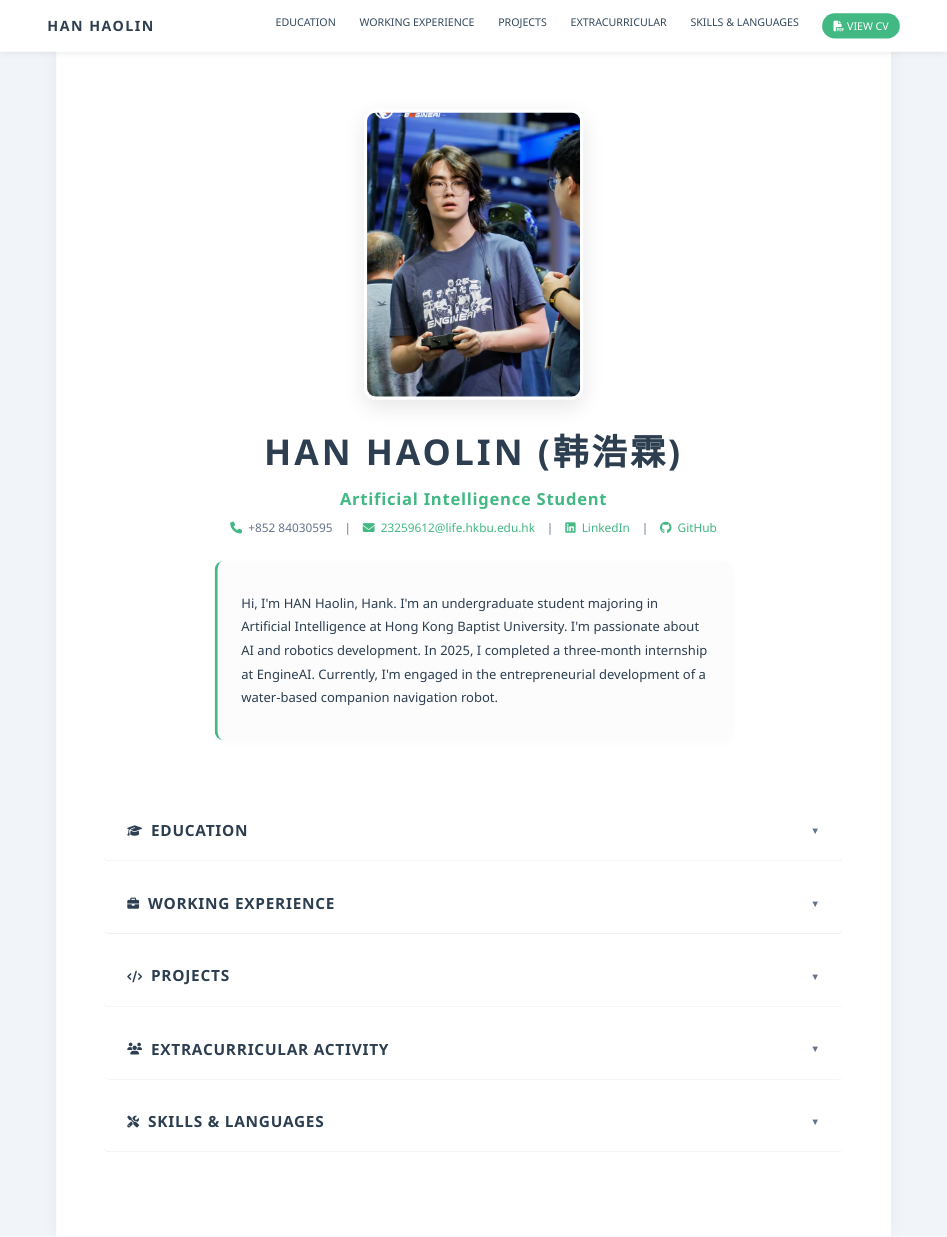
Repository: hhl2802149944-afk/hhl2802149944-afk.github.io
Page: /
These files come from the project's save history. The page is drawn as it stood at one moment and after the next save; the edit follows.
The browser window is 1280 px wide. The pictures show the whole page, at 74% of full size.
The project was rebuilt for these pictures with package versions that can differ from the ones it lists, and the page was loaded fresh each time. Also part of the build but not shown: vite.config.js, src/components/ProjectCard.vue, src/views/MantaRoboticView.vue.

Above is the page before, as saved 2026-01-21 15:39:22.

### index.html
<!DOCTYPE html>
<html lang="en">
  <head>
    <meta charset="UTF-8">
    <link rel="icon" href="/favicon.ico">
    <meta name="viewport" content="width=device-width, initial-scale=1.0">
    <title>Han Haolin - Resume</title>
  </head>
  <body>
    <div id="app"></div>
    <script type="module" src="/src/main.js"></script>
  </body>
</html>

### src/main.js
import { createApp } from 'vue'
import App from './App.vue'
import router from './router'
import './assets/main.css'
import '@fortawesome/fontawesome-free/css/all.css'

const app = createApp(App)

app.use(router)

app.mount('#app')

### src/App.vue
<script setup>
import { RouterView } from 'vue-router'
</script>

<template>
  <RouterView />
</template>

<style>
/* Global styles can go here */
</style>

### src/router/index.js
import { createRouter, createWebHistory } from 'vue-router'
import HomeView from '../views/HomeView.vue'
import MantaRoboticView from '../views/MantaRoboticView.vue'

const router = createRouter({
  history: createWebHistory(import.meta.env.BASE_URL),
  routes: [
    {
      path: '/',
      name: 'home',
      component: HomeView
    },
    {
      path: '/manta-robotic',
      name: 'manta-robotic',
      component: MantaRoboticView
    }
  ]
})

export default router

### src/assets/main.css
:root {
  --primary-color: #2c3e50;
  --secondary-color: #34495e;
  --accent-color: #42b883;
  --text-color: #2c3e50;
  --light-text: #64748b;
  --bg-color: #f1f5f9;
  --card-bg: #ffffff;
  --border-color: #e2e8f0;
}

body {
  margin: 0;
  font-family: 'Segoe UI', Roboto, Helvetica, Arial, sans-serif;
  background-color: var(--bg-color);
  color: var(--text-color);
  line-height: 1.6;
}

#app {
  max-width: 1000px;
  margin: 0 auto;
  min-height: 100vh;
  background-color: white;
  box-shadow: 0 0 20px rgba(0,0,0,0.05);
  padding: 3rem 4rem;
}

h1, h2, h3, h4 {
  color: var(--primary-color);
  margin-top: 0;
}

a {
  color: var(--accent-color);
  text-decoration: none;
  transition: color 0.2s;
}

a:hover {
  color: var(--secondary-color);
  text-decoration: underline;
}

@media (max-width: 768px) {
  #app {
    padding: 2rem;
  }
}

@media (max-width: 480px) {
  #app {
    padding: 1rem;
  }
}

### src/views/HomeView.vue
<script setup>
import NavBar from '../components/NavBar.vue'
import ResumeHeader from '../components/ResumeHeader.vue'
import ResumeSection from '../components/ResumeSection.vue'
import ProjectCard from '../components/ProjectCard.vue'

const resumeData = {
  name: "Han Haolin (韩浩霖)",
  title: "Artificial Intelligence Student",
  summary: "Hi, I'm HAN Haolin, Hank. I'm an undergraduate student majoring in Artificial Intelligence at Hong Kong Baptist University. I'm passionate about AI and robotics development. In 2025, I completed a three-month internship at EngineAI. Currently, I'm engaged in the entrepreneurial development of a water-based companion navigation robot.",
  contact: {
    phone: "+852 84030595",
    email: "23259612@life.hkbu.edu.hk",
    linkedin: "https://linkedin.com/in/HaolinHAN",
    github: "https://github.com/hhl2802149944-afk"
  },
  education: {
    school: "Hong Kong Baptist University",
    major: "Artificial Intelligence",
    gpa: "3.01/4",
    courses: ["Artificial Intelligence and Machine Learning", "Software Engineering", "Data Communications and Networking"]
  },
  experience: [
    {
      name: "EngineAI Robotics Technology Co., Ltd.",
      date: "May - Aug 2025",
      role: "Robot Embedded Software Intern",
      details: [
        "Learning robot embedded software development based on the Ubuntu system, conducting factory testing of products and developing with the Intel RealSense D435i.",
        "Participate in world-class artificial intelligence exhibitions such as Macau EXPO and WRC, showcasing company products while conducting market research and sales activities"
      ]
    },
    {
      name: "Student Helper for Computer Science",
      date: "Nov - Dec 2024",
      role: "Hong Kong Baptist University",
      details: [
        "Facilitated weekly Python programming labs under professor supervision.",
        "Providing hands-on coding guidance to 30+ undergraduate students."
      ]
    }
  ],
  projects: [
    {
      name: "Internship Management System Documentation",
      date: "Oct 2025 - Dec 2025",
      role: "Software Engineering Project",
      details: [
        "Proposal for Enhancements and Testing Plan for the Internship System.",
        "Total: 105 pages, 13,377 words."
      ]
    },
    {
      name: "Online Multiplayer Drawing and Chat Platform",
      date: "2025",
      role: "Full-Stack Developer",
      details: [
        "Designed and implemented a real-time multiplayer drawing and chat system.",
        "Full-Stack Design for a Library Management Website."
      ]
    },
    {
      name: "Java Game Development Portfolio",
      date: "2024",
      role: "Game Programmer",
      details: [
        "Successfully developed three classic games: Labyrinth, Tetris, and Modern Art.",
        "Designed and developed an original computer game as an independent project."
      ]
    },
    {
      name: "Soccer Recognition AI System",
      date: "2025",
      role: "AI Developer",
      details: [
        "Developed an autonomous model for identifying and tracking players and the ball in soccer footage.",
        "Implemented computer vision algorithms to process real-time sports video data."
      ]
    }
  ],
  extracurricular: [
    {
      name: "Internal Vice President",
      date: "Apr 2024 - Apr 2025",
      role: "HKBU Chinese Students and Scholars Association",
      details: [
        "Communicated with executive board members, organized team building, and improved cohesion.",
        "Organised a two-week orientation programme for 300 new mainland students.",
        "Managed a total of 13 events during the year."
      ]
    },
    {
      name: "ROBOCON 2025，HKBU",
      date: "Dec 2024 - Jan 2025",
      role: "Mechanical Design and Programming Engineer",
      details: [
        "Mechanical designer for the HKBU team in the 2025 Robocon robotics competition.",
        "Assisted with site identification and programming of AI autonomous task modules."
      ]
    }
  ],
  skills: {
    programming: ["Python", "Java", "Javascript", "HTML", "Markdown"],
    ai_tech: ["CNN", "RNN", "GAN", "Ubuntu"],
    publicity: ["Canva", "WeChat Public", "Capcut"]
  },
  languages: [
    { name: "Mandarin", level: "Native" },
    { name: "English", level: "Fluent" },
    { name: "Cantonese", level: "Basic" }
  ]
}
</script>

<template>
  <NavBar />
  <main class="resume-container">
    <ResumeHeader
      :name="resumeData.name"
      :title="resumeData.title"
      :contact="resumeData.contact"
      :summary="resumeData.summary"
    />

    <ResumeSection title="Education" id="education">
      <template #icon><i class="fas fa-graduation-cap"></i></template>
      <div class="education-item">
        <div class="edu-header">
          <h3>{{ resumeData.education.school }}</h3>
          <span class="gpa">cGPA: {{ resumeData.education.gpa }}</span>
        </div>
        <p class="major">Major: {{ resumeData.education.major }}</p>
        <p class="courses"><strong>Core Courses:</strong> {{ resumeData.education.courses.join(', ') }}</p>
      </div>
    </ResumeSection>

    <ResumeSection title="Working Experience" id="experience">
      <template #icon><i class="fas fa-briefcase"></i></template>
      <ProjectCard
        v-for="(exp, index) in resumeData.experience"
        :key="index"
        :project="exp"
      />
    </ResumeSection>

    <ResumeSection title="Projects" id="projects">
      <template #icon><i class="fas fa-code"></i></template>
      <ProjectCard
        v-for="(proj, index) in resumeData.projects"
        :key="index"
        :project="proj"
      />
    </ResumeSection>

    <ResumeSection title="Extracurricular Activity" id="extracurricular">
      <template #icon><i class="fas fa-users"></i></template>
      <ProjectCard
        v-for="(item, index) in resumeData.extracurricular"
        :key="index"
        :project="item"
      />
    </ResumeSection>

    <ResumeSection title="Skills & Languages" id="skills">
      <template #icon><i class="fas fa-tools"></i></template>
      <div class="skills-lang-grid">
        <div class="skills-grid">
          <div class="skill-category">
            <h4>Programming</h4>
            <div class="skill-tags">
              <span v-for="skill in resumeData.skills.programming" :key="skill" class="tag">{{ skill }}</span>
            </div>
          </div>
          <div class="skill-category">
            <h4>AI & Tools</h4>
            <div class="skill-tags">
              <span v-for="skill in resumeData.skills.ai_tech" :key="skill" class="tag">{{ skill }}</span>
            </div>
          </div>
          <div class="skill-category">
            <h4>Publicity & Design</h4>
            <div class="skill-tags">
              <span v-for="skill in resumeData.skills.publicity" :key="skill" class="tag">{{ skill }}</span>
            </div>
          </div>
        </div>

        <div class="lang-list">
          <div v-for="lang in resumeData.languages" :key="lang.name" class="lang-item">
            <span class="lang-name">{{ lang.name }}</span>
            <span class="lang-level">{{ lang.level }}</span>
          </div>
        </div>
      </div>
    </ResumeSection>
  </main>
</template>

<style scoped>
.resume-container {
  padding-bottom: 50px;
}

.education-item {
  margin-bottom: 1.5rem;
}

.edu-header {
  display: flex;
  justify-content: space-between;
  align-items: center;
}

.major {
  font-weight: bold;
  color: var(--accent-color);
  margin: 0.2rem 0;
}

.courses {
  font-size: 0.9rem;
  color: #555;
}

.skills-lang-grid {
  display: grid;
  grid-template-columns: 2fr 1fr;
  gap: 2rem;
  align-items: start;
}

.skills-grid {
  display: flex;
  flex-direction: column;
  gap: 1.5rem;
}

.skill-category h4 {
  margin-bottom: 1rem;
  color: var(--secondary-color);
  border-bottom: 1px solid #ddd;
  padding-bottom: 0.3rem;
  font-size: 1rem;
}

.skill-tags {
  display: flex;
  flex-wrap: wrap;
  gap: 0.5rem;
}

.tag {
  background: #eef2f7;
  padding: 0.3rem 0.8rem;
  border-radius: 15px;
  font-size: 0.85rem;
  color: var(--primary-color);
}

.lang-list {
  display: flex;
  flex-direction: column;
  gap: 0.8rem;
}

.lang-item {
  display: flex;
  justify-content: space-between;
  padding: 0.5rem;
  background: white;
  border-radius: 4px;
  border-left: 3px solid var(--accent-color);
  box-shadow: 0 1px 3px rgba(0,0,0,0.05);
}

.lang-name {
  font-weight: bold;
}

.lang-level {
  color: #666;
  font-size: 0.9rem;
}

@media (max-width: 768px) {
  .skills-lang-grid {
    grid-template-columns: 1fr;
  }
}
</style>

### src/components/NavBar.vue
<script setup>
import { ref } from 'vue'

const isMenuOpen = ref(false)

const sections = [
  { id: 'education', name: 'Education' },
  { id: 'experience', name: 'Working Experience' },
  { id: 'projects', name: 'Projects' },
  { id: 'extracurricular', name: 'Extracurricular' },
  { id: 'skills', name: 'Skills & Languages' }
]

const scrollToSection = (id) => {
  const el = document.getElementById(id)
  if (el) {
    el.scrollIntoView({ behavior: 'smooth' })
  }
  isMenuOpen.value = false
}
</script>

<template>
  <nav class="navbar">
    <div class="nav-container">
      <div class="nav-logo" @click="scrollToSection('hero')">HAN HAOLIN</div>

      <div class="nav-links" :class="{ 'nav-active': isMenuOpen }">
        <div v-for="section in sections"
             :key="section.id"
             class="nav-item"
             @click="scrollToSection(section.id)">
          {{ section.name }}
        </div>
        <a href="/assets/HAN Haolin's CV.pdf" target="_blank" class="nav-item cv-button">
          <i class="fas fa-file-pdf"></i> View CV
        </a>
      </div>

      <div class="burger" @click="isMenuOpen = !isMenuOpen">
        <div class="line1"></div>
        <div class="line2"></div>
        <div class="line3"></div>
      </div>
    </div>
  </nav>
</template>

<style scoped>
.navbar {
  position: fixed;
  top: 0;
  left: 0;
  width: 100%;
  height: 70px;
  background: white;
  display: flex;
  justify-content: center;
  align-items: center;
  z-index: 1000;
  box-shadow: 0 2px 10px rgba(0,0,0,0.1);
}

.nav-container {
  width: 90%;
  max-width: 1200px;
  display: flex;
  justify-content: space-between;
  align-items: center;
}

.nav-logo {
  font-weight: bold;
  font-size: 1.2rem;
  letter-spacing: 2px;
  cursor: pointer;
  color: var(--primary-color);
}

.nav-links {
  display: flex;
  gap: 2rem;
}

.nav-item {
  cursor: pointer;
  font-weight: 500;
  color: var(--secondary-color);
  transition: color 0.3s;
  font-size: 0.9rem;
  text-transform: uppercase;
}

.nav-item:hover {
  color: var(--accent-color);
}

.cv-button {
  background: var(--accent-color);
  color: white !important;
  padding: 5px 15px;
  border-radius: 20px;
  transition: transform 0.2s, background 0.2s;
  text-decoration: none !important;
}

.cv-button:hover {
  transform: translateY(-2px);
  background: var(--secondary-color);
}

.burger {
  display: none;
  cursor: pointer;
}

.burger div {
  width: 25px;
  height: 3px;
  background-color: var(--primary-color);
  margin: 5px;
  transition: all 0.3s ease;
}

@media screen and (max-width: 768px) {
  .nav-links {
    position: absolute;
    right: 0px;
    height: 92vh;
    top: 70px;
    background-color: white;
    display: flex;
    flex-direction: column;
    align-items: center;
    width: 50%;
    transform: translateX(100%);
    transition: transform 0.5s ease-in;
    padding-top: 2rem;
  }

  .nav-links.nav-active {
    transform: translateX(0%);
  }

  .burger {
    display: block;
  }
}
</style>

### src/components/ResumeHeader.vue
<script setup>
defineProps({
  name: String,
  title: String,
  contact: Object,
  summary: String
})

const imageUrl = '/assets/HAN Haolin.jpg'
</script>

<template>
  <header class="resume-header" id="hero">
    <div class="header-content">
      <div class="profile-pic-container">
        <img :src="imageUrl" alt="Han Haolin" class="profile-pic">
      </div>
      <div class="text-info">
        <h1>{{ name }}</h1>
        <p class="subtitle">{{ title }}</p>
        <div class="contact-info">
          <span><i class="fas fa-phone"></i> {{ contact.phone }}</span> |
          <a :href="'mailto:' + contact.email"><i class="fas fa-envelope"></i> {{ contact.email }}</a> |
          <a :href="contact.linkedin" target="_blank"><i class="fab fa-linkedin"></i> LinkedIn</a> |
          <a :href="contact.github" target="_blank"><i class="fab fa-github"></i> GitHub</a>
        </div>
        <div class="about-me">
          <p>{{ summary }}</p>
        </div>
      </div>
    </div>
  </header>
</template>

<style scoped>
.resume-header {
  padding: 100px 0 50px 0;
  margin-bottom: 2rem;
  text-align: center;
}

.header-content {
  display: flex;
  flex-direction: column;
  align-items: center;
  gap: 2rem;
}

.text-info {
  max-width: 700px;
}

h1 {
  margin: 0;
  font-size: 3rem;
  text-transform: uppercase;
  letter-spacing: 4px;
  color: var(--primary-color);
}

.subtitle {
  font-size: 1.4rem;
  color: var(--accent-color);
  font-weight: 600;
  margin: 0.5rem 0;
  letter-spacing: 1px;
}

.contact-info {
  font-size: 1rem;
  color: var(--light-text);
  margin-bottom: 2rem;
  display: flex;
  justify-content: center;
  align-items: center;
  gap: 1rem;
  flex-wrap: wrap;
}

.contact-info i {
  color: var(--accent-color);
  margin-right: 4px;
}

.about-me {
  text-align: left;
  line-height: 1.8;
  font-size: 1.1rem;
  color: var(--text-color);
  background: #fcfcfc;
  padding: 1.5rem 2rem;
  border-radius: 12px;
  border-left: 4px solid var(--accent-color);
  box-shadow: 0 4px 15px rgba(0,0,0,0.02);
}

.profile-pic-container {
  width: 288px; /* 240 * 1.2 */
  height: 384px; /* 320 * 1.2 */
  border-radius: 16px;
  overflow: hidden;
  box-shadow: 0 10px 30px rgba(0,0,0,0.1);
  border: 4px solid white;
}

.profile-pic {
  width: 100%;
  height: 100%;
  object-fit: cover;
}

@media (max-width: 768px) {
  h1 { font-size: 2.2rem; }
  .profile-pic-container {
    width: 200px;
    height: 266px;
  }
}
</style>

### src/components/ResumeSection.vue
<script setup>
import { ref } from 'vue'

defineProps({
  title: String,
  id: String
})

const isOpen = ref(false)
</script>

<template>
  <section :id="id" class="resume-section">
    <div class="section-header" @click="isOpen = !isOpen">
      <div class="title-with-icon">
        <slot name="icon"></slot>
        <h2>{{ title }}</h2>
      </div>
      <span class="toggle-icon" :class="{ 'is-open': isOpen }">▼</span>
    </div>
    <transition name="fade">
      <div v-if="isOpen" class="section-content">
        <slot></slot>
      </div>
    </transition>
  </section>
</template>

<style scoped>
.resume-section {
  margin-bottom: 1rem;
  background: white;
  border-radius: 8px;
  overflow: hidden;
  border-bottom: 1px solid var(--border-color);
}

.section-header {
  padding: 1.5rem 2rem;
  display: flex;
  justify-content: space-between;
  align-items: center;
  cursor: pointer;
  background: #fff;
  transition: background 0.3s;
}

.section-header:hover {
  background: #fcfcfc;
}

.title-with-icon {
  display: flex;
  align-items: center;
  gap: 12px;
}

.title-with-icon i {
  color: var(--accent-color);
  font-size: 1.2rem;
}

h2 {
  font-size: 1.3rem;
  margin: 0;
  text-transform: uppercase;
  letter-spacing: 1px;
  color: var(--primary-color);
}

.toggle-icon {
  font-size: 0.8rem;
  transition: transform 0.3s;
  color: var(--light-text);
}

.toggle-icon.is-open {
  transform: rotate(180deg);
}

.section-content {
  padding: 0 2rem 2rem 2rem;
}

.fade-enter-active, .fade-leave-active {
  transition: opacity 0.3s ease, transform 0.3s ease;
}

.fade-enter-from, .fade-leave-to {
  opacity: 0;
  transform: translateY(-10px);
}
</style>

After the next save:
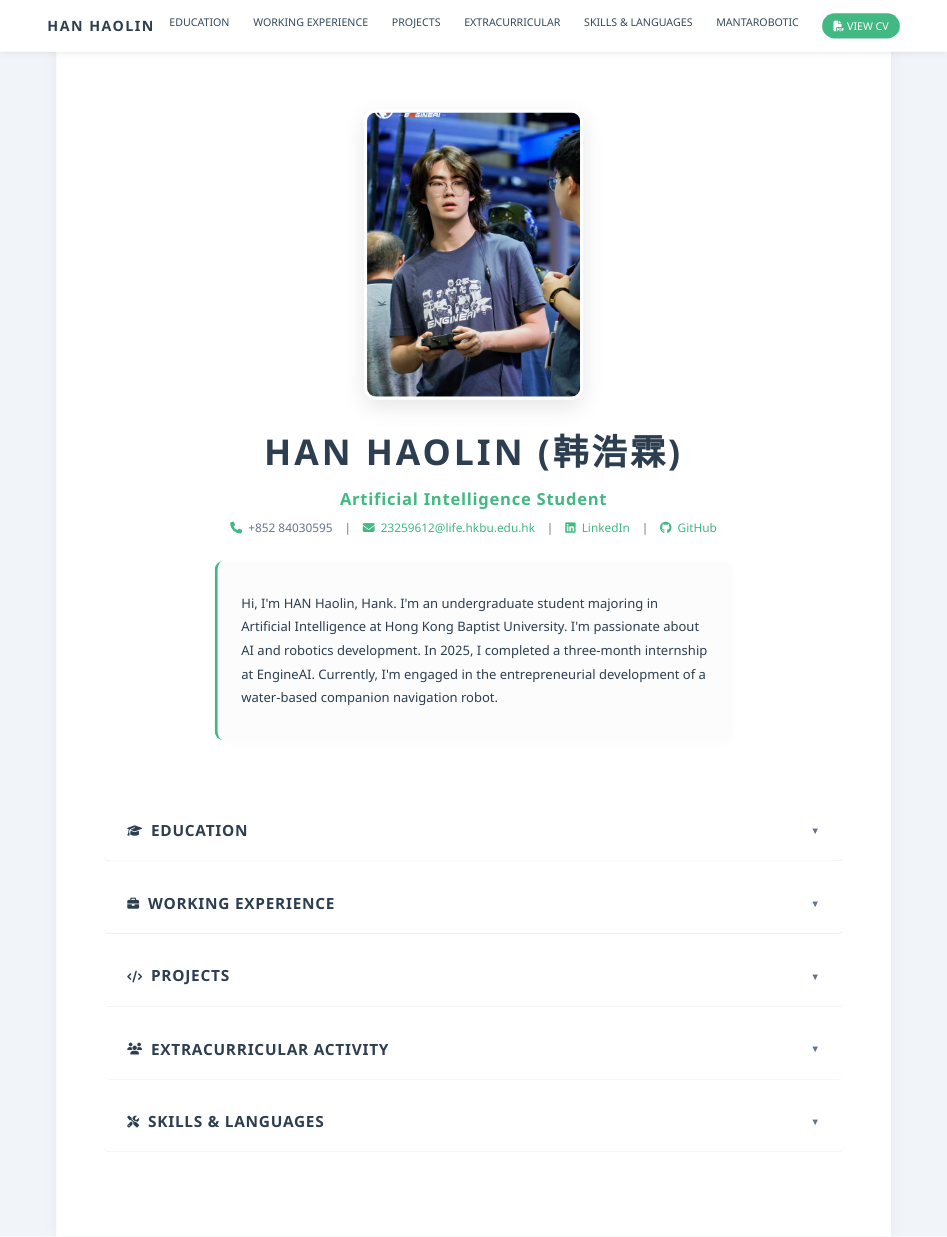
Saved 9 s later.
--- a/src/components/NavBar.vue
+++ b/src/components/NavBar.vue
@@ -1,6 +1,9 @@
 <script setup>
 import { ref } from 'vue'
+import { useRouter, useRoute } from 'vue-router'
 
+const router = useRouter()
+const route = useRoute()
 const isMenuOpen = ref(false)
 
 const sections = [
@@ -11,11 +14,27 @@ const sections = [
   { id: 'skills', name: 'Skills & Languages' }
 ]
 
-const scrollToSection = (id) => {
-  const el = document.getElementById(id)
-  if (el) {
-    el.scrollIntoView({ behavior: 'smooth' })
+const scrollToSection = async (id) => {
+  if (route.name !== 'home') {
+    await router.push({ name: 'home' })
+    // Wait for the DOM to update
+    setTimeout(() => {
+      const el = document.getElementById(id)
+      if (el) {
+        el.scrollIntoView({ behavior: 'smooth' })
+      }
+    }, 100)
+  } else {
+    const el = document.getElementById(id)
+    if (el) {
+      el.scrollIntoView({ behavior: 'smooth' })
+    }
   }
+  isMenuOpen.value = false
+}
+
+const goToMantaRobotic = () => {
+  router.push({ name: 'manta-robotic' })
   isMenuOpen.value = false
 }
 </script>
@@ -31,6 +50,9 @@ const scrollToSection = (id) => {
              class="nav-item"
              @click="scrollToSection(section.id)">
           {{ section.name }}
+        </div>
+        <div class="nav-item highlight" @click="goToMantaRobotic">
+          MantaRobotic
         </div>
         <a href="/assets/HAN Haolin's CV.pdf" target="_blank" class="nav-item cv-button">
           <i class="fas fa-file-pdf"></i> View CV
